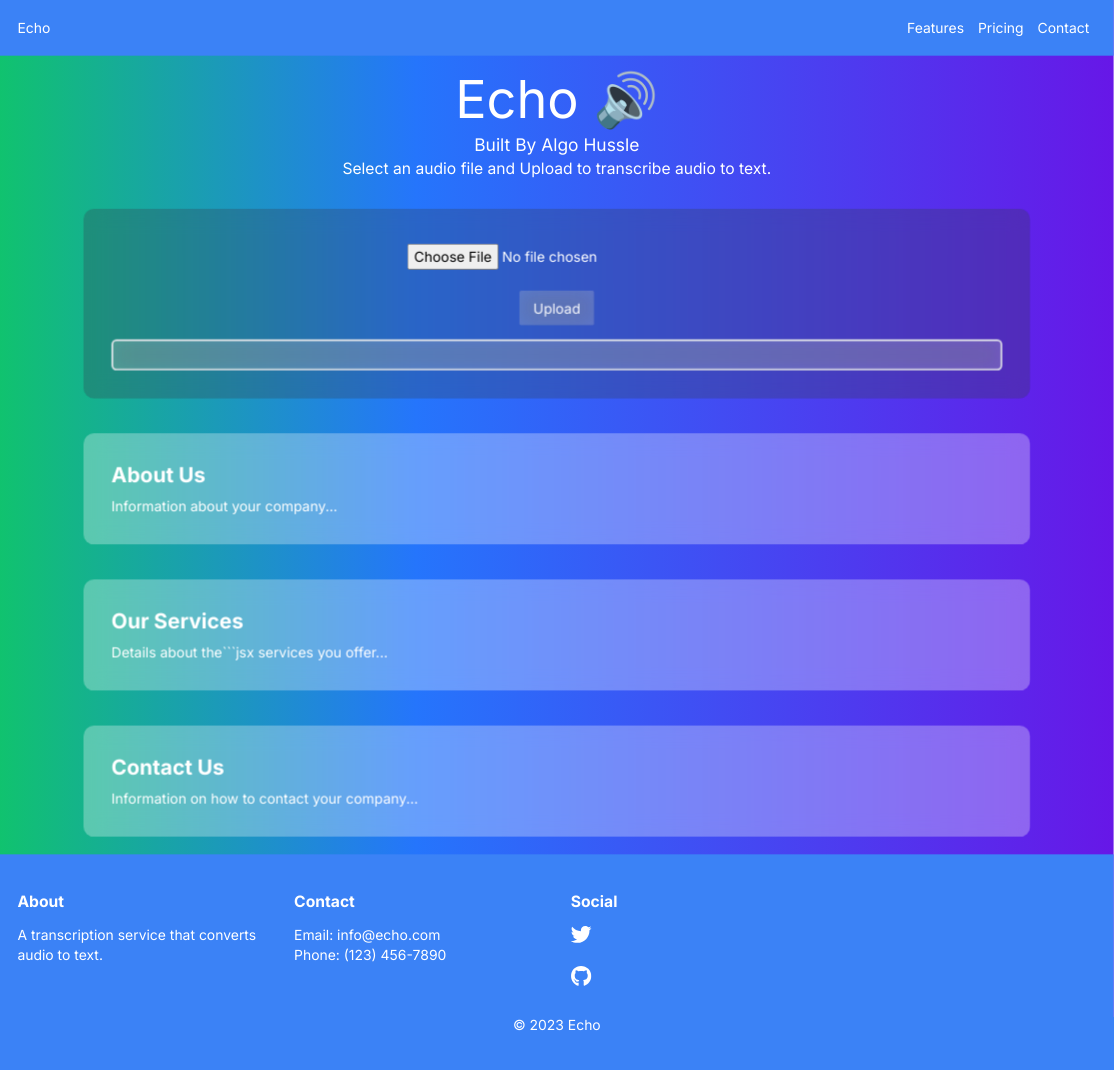
Repository: MikeeBuilds/whisperer
Page: /
These files come from the project's save history. The page is drawn as it stood at one moment and after a run of saves; the edit follows.
The browser window is 1280 px wide. The pictures show the whole page, at 87% of full size.
The project was rebuilt for these pictures with package versions that can differ from the ones it lists, and the page was loaded fresh each time. The framework's server and built-in components were replaced by stand-ins that run in the browser. Also part of the build but not shown: next.config.js.

Above is the page before, as saved 2023-06-26 18:45:50.

### src/app/layout.tsx
import Head from 'next/head'
import Footer from './components/Footer'
import Navbar from './components/NavBar'
import './globals.css'
import { Inter } from 'next/font/google'

const inter = Inter({ subsets: ['latin'] })

export const metadata = {
  title: 'Echo',
  description: 'Created by Algo Hussle | AlgoCodes_eth on Twitter',
}

export default function RootLayout({
  children,
}: {
  children: React.ReactNode
}) {
  return (
    <html lang="en">
      <Head>
        <title>{metadata.title}</title>
        <meta name="description" content={metadata.description} />
        <meta name="viewport" content="initial-scale=1.0, width=device-width" />
        {/* Add more meta tags as needed */}
      </Head>
      <body className={`${inter.className} gradient-bg flex flex-col min-h-screen`}>
        <Navbar/>
        <main className="flex-grow">
          {children}
        </main>
        <Footer />
      </body>
    </html>
  )
}

### src/app/page.tsx
'use client'

import { useState } from "react"
import Head from "next/head";

export default function Home() {
  const [theFile, setTheFile] = useState<File | null>(null);
  const [isLoading, setIsLoading] = useState(false);
  const [response, setResponse] = useState("");

  const handleFileChange = (event: React.ChangeEvent<HTMLInputElement>) => {
    const file = event.currentTarget.files?.[0];
    if (!file) return;

    setTheFile(file);
  };

  const callGetTranscription = async () => {
    setIsLoading(true);

    if (!theFile) {
      // Handle the case when no file is selected
      setIsLoading(false);
      return;
    }

    const formData = new FormData();
    formData.set("file", theFile);

    try {
      const response = await fetch("/api", {
        method: "POST",
        body: formData,
      });

      if (response.ok) {
        // Handle the success response
        console.log("File uploaded successfully");
      } else {
        // Handle the error response
        console.error("Failed to upload file");
      }

      const data = await response.json();

      setResponse(data.output.text);
    } catch (error) {
      // Handle any errors
      console.error("An error occurred while uploading the file", error);
    }

    setTheFile(null);
    setIsLoading(false);
  };

  return (
    <div>
      <Head>
        <title>Echo - Audio to Text Transcription</title>
      </Head>
      <main className="container mx-auto px-4 sm:px-24 py-5">
        <section className="text-center">
          <h1 className="text-4xl sm:text-6xl font-sans mb-2">Echo 🔊</h1>
          <h4 className="text-xl">
            <span>Built By Algo Hussle</span>
          </h4>
          <p className="text-sm sm:text-lg font-sans mb-8">Select an audio file and Upload to transcribe audio to text.</p>
        </section>

        <section className="flex flex-col items-center bg-gray-700 rounded-xl p-8 backdrop-blur-md bg-opacity-30">
          <input type="file" accept=".wav, .mp3" onChange={handleFileChange} className="mb-4 p-2" />
          <button
            onClick={callGetTranscription}
            className="w-max bg-white bg-opacity-20 px-4 py-2 rounded-sm hover:bg-opacity-30 transition-colors duration-200 backdrop-blur-md"
          >
            Upload
          </button>
          <div className="mt-4 w-full h-max border-2 break-words p-4 bg-white bg-opacity-20 rounded-md backdrop-blur-md">
            {isLoading ? "Loading..." : response ? response : ""}
          </div>
        </section>

        <section id="about" className="mt-10 bg-white bg-opacity-30 rounded-xl p-8 backdrop-blur-md">
          <h2 className="text-2xl font-bold mb-2">About Us</h2>
          <p>Information about your company...</p>
        </section>

        <section id="services" className="mt-10 bg-white bg-opacity-30 rounded-xl p-8 backdrop-blur-md">
          <h2 className="text-2xl font-bold mb-2">Our Services</h2>
          <p>Details about the```jsx
services you offer...</p>
        </section>

        <section id="contact" className="mt-10 bg-white bg-opacity-30 rounded-xl p-8 backdrop-blur-md">
          <h2 className="text-2xl font-bold mb-2 ">Contact Us</h2>
          <p>Information on how to contact your company...</p>
        </section>
      </main>
    </div>
  );
}

### src/app/components/Footer.tsx
import { FaTwitter, FaGithub } from 'react-icons/fa';

export default function Footer() {
  return (
    <footer className="bg-blue-500 text-white py-10 px-5 mt-auto">
      <div className="grid grid-cols-1 md:grid-cols-4 gap-8">
        <div>
          <h3 className="text-lg font-bold mb-3">About</h3>
          <p>A transcription service that converts audio to text.</p>
        </div>
        <div>
          <h3 className="text-lg font-bold mb-3">Contact</h3>
          <p>Email: info@echo.com</p>
          <p>Phone: (123) 456-7890</p>
        </div>
        <div>
          <h3 className="text-lg font-bold mb-3">Social</h3>
          <a href="https://twitter.com/algocodes_eth" target="_blank" rel="noopener noreferrer" className="mr-3">
            <FaTwitter size={24} />
          </a>
          <a href="https://github.com/AlgoHussle" target="_blank" rel="noopener noreferrer">
            <FaGithub size={24} />
          </a>
        </div>
      </div>
      <div className="mt-8 text-center">
        <p>© {new Date().getFullYear()} Echo</p>
      </div>
    </footer>
  );
}

### src/app/components/NavBar.tsx
export default function Navbar() {
    return (
      <nav className="flex justify-between p-5 bg-blue-500 text-white">
        <div>Echo</div>
        <div>
          <a href="#features" className="mx-2">Features</a>
          <a href="#pricing" className="mx-2">Pricing</a>
          <a href="#contact" className="mx-2">Contact</a>
        </div>
      </nav>
    );
  }

### src/app/globals.css
@tailwind base;
@tailwind components;
@tailwind utilities;

@keyframes gradient {
  0% {
    background-position: 0% 50%;
  }
  50% {
    background-position: 100% 50%;
  }
  100% {
    background-position: 0% 50%;
  }
}

body {
  background: #222222;
  color: white;
}

.gradient-bg {
  animation: gradient 15s ease infinite;
  background: linear-gradient(270deg, #6b11e6, #2575fc, #00ff00, #ffff00);
  background-size: 200% 200%;
}

### tailwind.config.js
/** @type {import('tailwindcss').Config} */
module.exports = {
  content: [
    './src/pages/**/*.{js,ts,jsx,tsx,mdx}',
    './src/components/**/*.{js,ts,jsx,tsx,mdx}',
    './src/app/**/*.{js,ts,jsx,tsx,mdx}',
  ],
  theme: {
    extend: {
      fontFamily: {
        sans: ['var(--font-inter)'],
      },
    },
  },
  plugins: [],
}

After the next 3 saves:
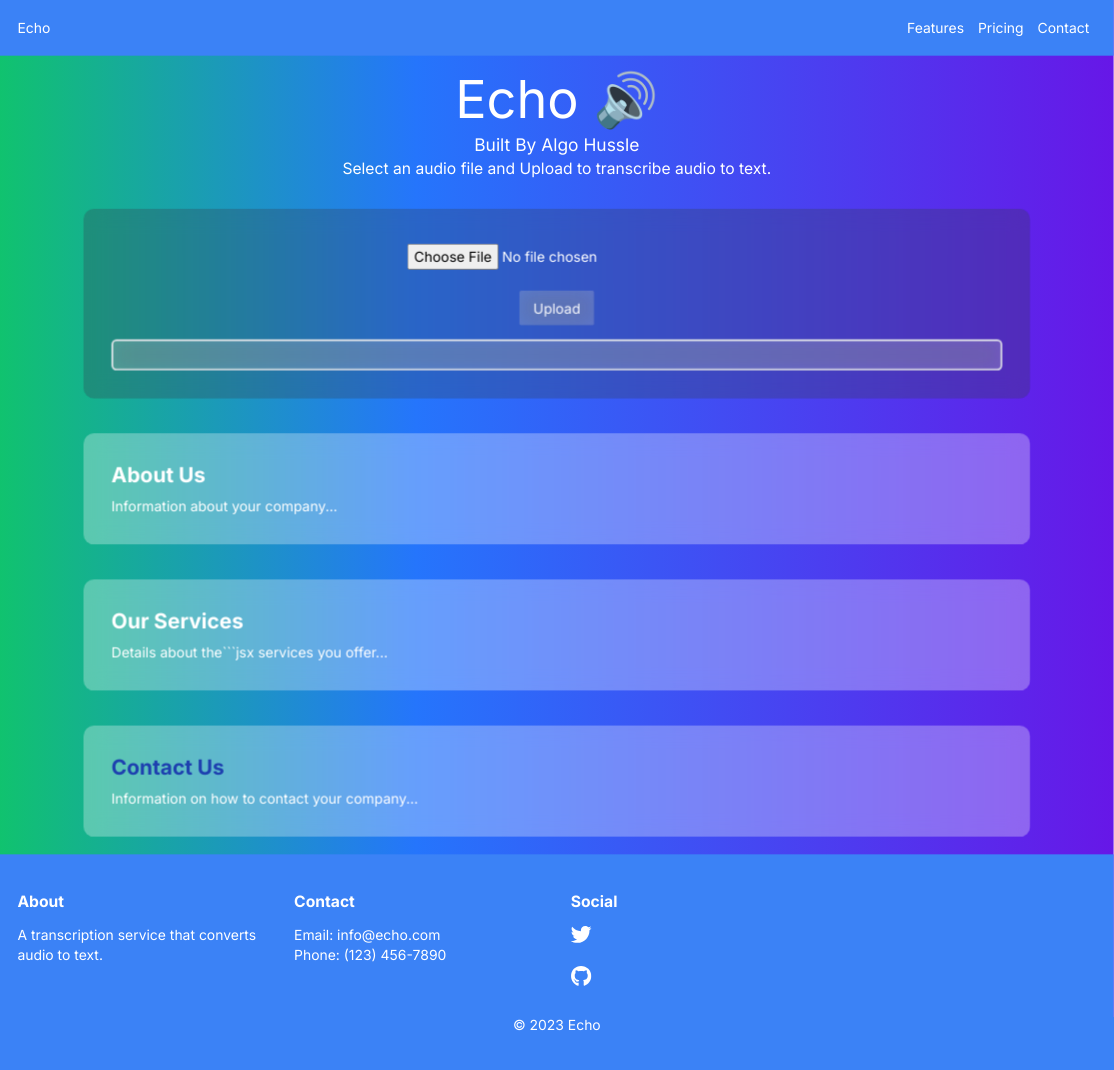
The 3 saves are shown as one change because they came seconds apart.
The last was saved 11 s later.
--- a/src/app/page.tsx
+++ b/src/app/page.tsx
@@ -92,7 +92,7 @@ services you offer...</p>
         </section>
 
         <section id="contact" className="mt-10 bg-white bg-opacity-30 rounded-xl p-8 backdrop-blur-md">
-          <h2 className="text-2xl font-bold mb-2 ">Contact Us</h2>
+          <h2 className="text-2xl font-bold mb-2 text-blue-800">Contact Us</h2>
           <p>Information on how to contact your company...</p>
         </section>
       </main>
